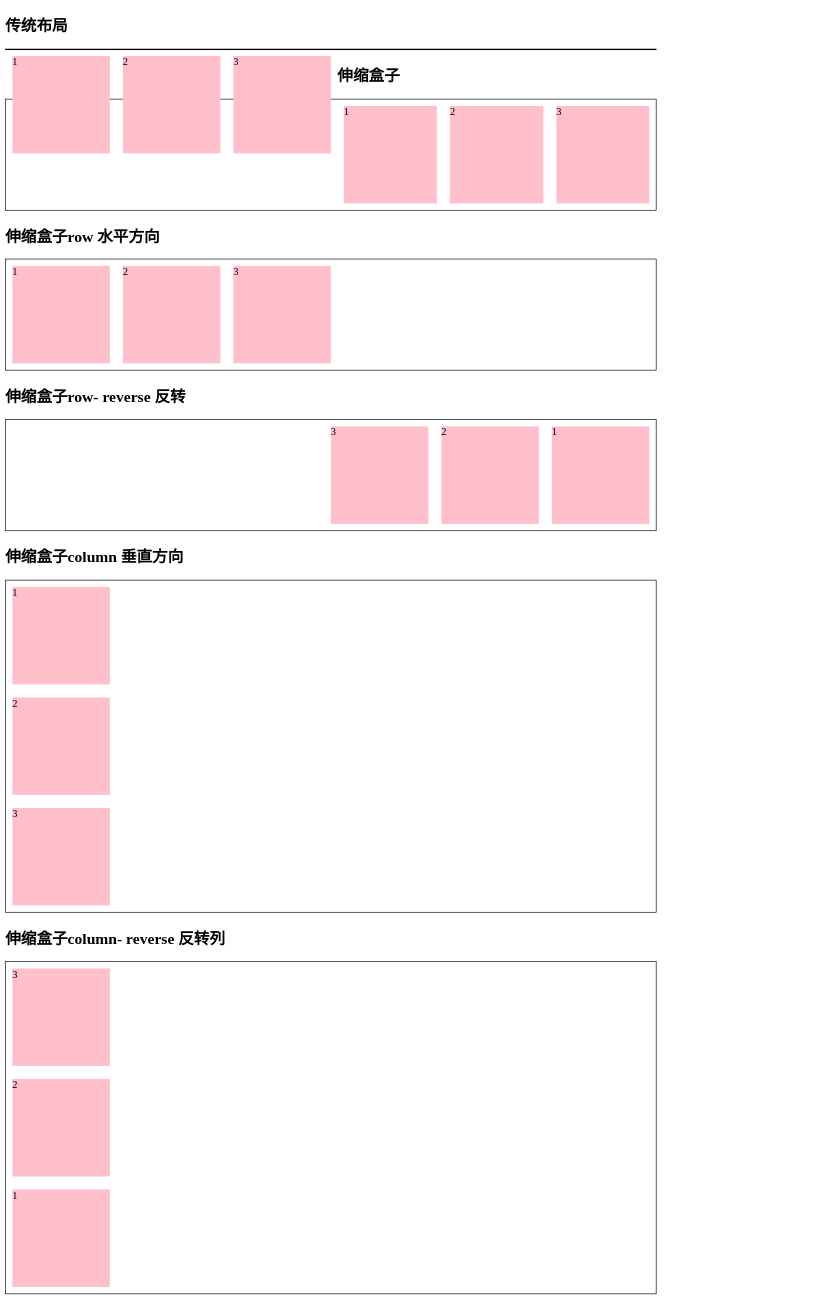
Repository: liuxi0811/web-demo
Page: 伸缩布局.html
These files come from the project's save history. The page is drawn as it stood at one moment and after the next save; the edit follows.
The browser window is 1280 px wide. The pictures show the whole page, at 65% of full size.

Above is the page before, as saved 2020-12-03 18:19:28.

After the next save:
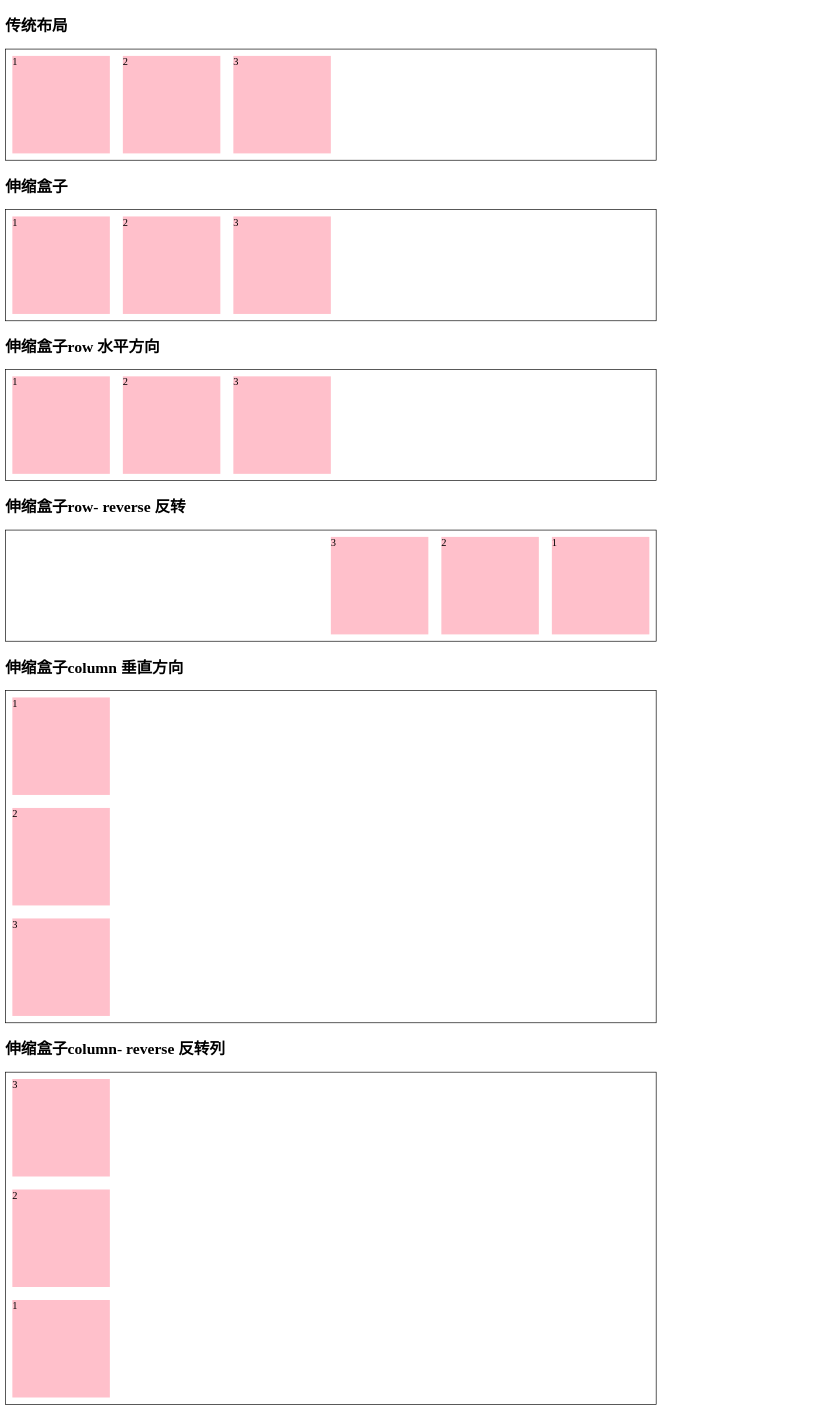
Saved 77 s later.
--- a/伸缩布局.html
+++ b/伸缩布局.html
@@ -28,9 +28,9 @@
 
         }
 
-        /* section:nth-child(1) ul{
+        section:nth-child(1) ul{
            overflow: hidden;
-        } */
+        }
         section:nth-child(1) ul li{
             float: left;
         }

After the save that followed:
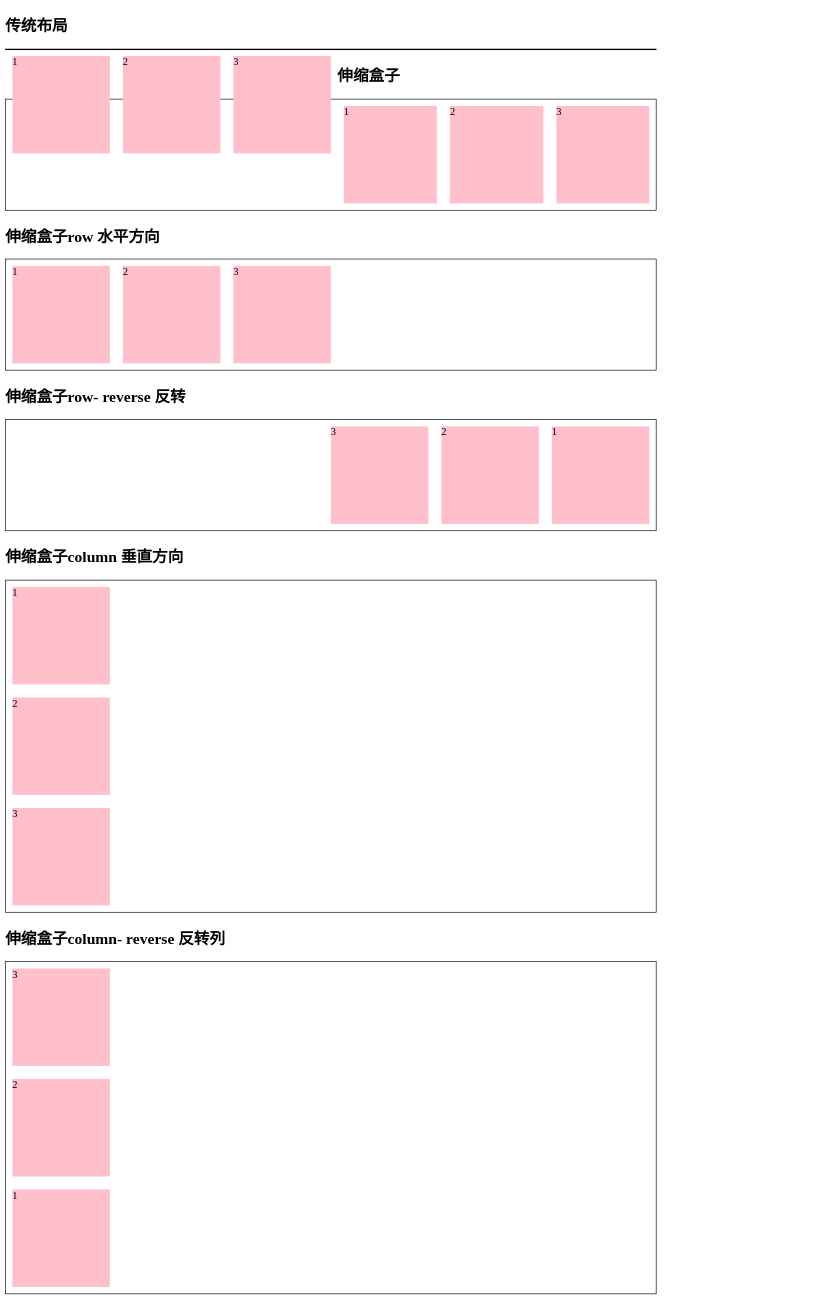
Saved 15 s later.
--- a/伸缩布局.html
+++ b/伸缩布局.html
@@ -28,9 +28,9 @@
 
         }
 
-        section:nth-child(1) ul{
+        /* section:nth-child(1) ul{
            overflow: hidden;
-        }
+        } */
         section:nth-child(1) ul li{
             float: left;
         }
